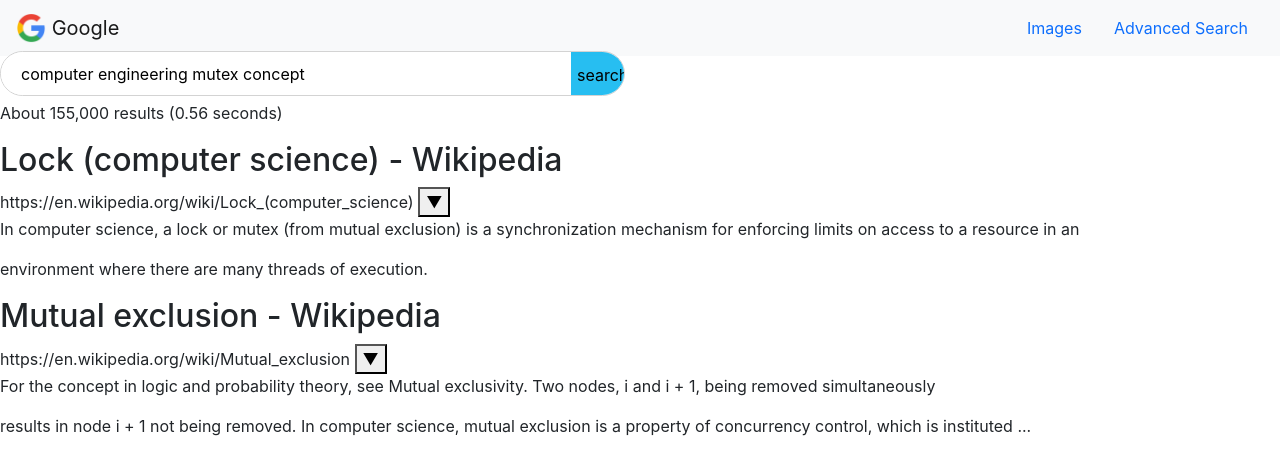
Repository: hego-team/hego-frontend
Page: /search
An editor plug-in stored every save of this project. The page is shown before and after the next save, followed by the edit.
The browser window is 1280 px wide. The pictures show the whole page.
The project was rebuilt for these pictures with package versions that can differ from the ones it lists, and the page was loaded fresh each time.

Above is the page before, as saved 2022-05-15 02:13:56.

After the next save:
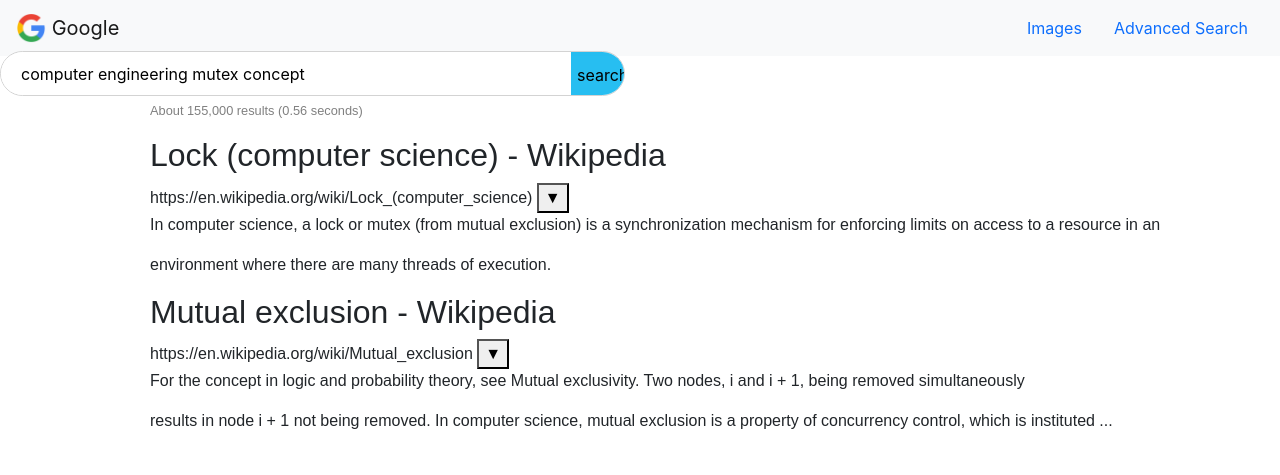
Saved 112 s later.
--- a/src/styles/result.css
+++ b/src/styles/result.css
@@ -57,3 +57,13 @@
 #searchbar button:focus {
   outline: none;
 }
+
+#searchresultsarea {
+  margin-left: 150px;
+  font-family: "Arial";
+}
+
+#searchresultsnumber {
+  font-size: 0.8rem;
+  color: gray;
+}
